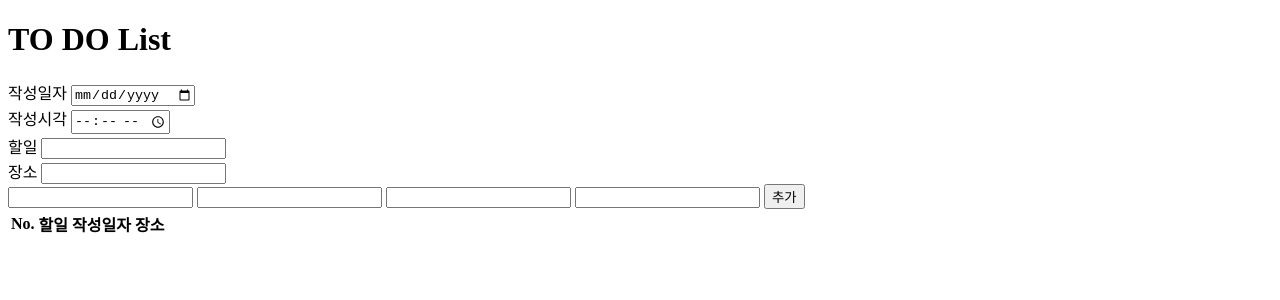
Repository: soyeon-noh/TodoList_Project
Page: http://localhost/Server_PR_TodoList/
An editor plug-in stored every save of this project. The page is shown before and after the next save, followed by the edit.
The browser window is 1280 px wide. The pictures show the whole page.
The page is served by Tomcat 9. Other server files are loaded and not shown. Queries for data that is not in the repository find no rows.

Above is the page before, as saved 2021-05-24 04:09:35.

### Server_PR_TodoList/src/main/webapp/WEB-INF/views/home.jsp
<%@ page language="java" contentType="text/html; charset=UTF-8"
    pageEncoding="UTF-8"%>
<%@ taglib uri="http://java.sun.com/jsp/jstl/core"
			prefix="c"%>
<c:set value="${pageContext.request.contextPath}"
		var="rootPath"/>
<!DOCTYPE html>
<html>
<head>
<meta charset="UTF-8">
<title>Insert title here</title>
</head>
  <body>
    <h1>TO DO List</h1>
    <form>
    	<div>
    		<label for="date">작성일자</label>
    		<input name="td_date"
    				type="date" value="${TD.td_date}">
    	</div>

    	<div>
    		<label for="time">작성시각</label>
    		<input name="td_time"
    				type="time" value="${TD.td_time}">
    	</div>

    	<div>
    		<label for="todo">할일</label>
    		<input name="td_todo"
    				type="text" value="${TD.td_todo}">
    	</div>

    	<div>
    		<label for="place">장소</label>
    		<input name="td_place"
    				type="text" value="${TD.td_place}">
    	</div>

      <input name="date" />
      <input name="time" />
      <input name="todo" />
      <input name="place" />
    <button>추가</button>
    </form>
    <table id="tdlist">
      <tr>
        <th>No.</th>
        <th>할일</th>
        <th>작성일자</th>
        <th>장소</th>
      </tr>
      <c:forEach items="${TDLIST}" var="TD">
        <tr>
          <td>${TD.td_seq}"</td>
          <td>${TD.td_todo}"</td>
          <td>${TD.td_date}"</td>
          <td>${TD.td_place}"</td>
        </tr>
      </c:forEach>
    </table>
  </body>
</html>

### Server_PR_TodoList/src/main/java/com/callor/todo/controller/HomeController.java
package com.callor.todo.controller;

import java.io.IOException;
import java.text.SimpleDateFormat;
import java.util.Date;
import java.util.List;

import javax.servlet.ServletException;
import javax.servlet.annotation.WebServlet;
import javax.servlet.http.HttpServlet;
import javax.servlet.http.HttpServletRequest;
import javax.servlet.http.HttpServletResponse;

import com.callor.todo.model.TodoListVO;
import com.callor.todo.service.TodoService;
import com.callor.todo.service.impl.TodoServiceImplV1;

@WebServlet("/")
public class HomeController extends HttpServlet{

	protected TodoService tdService;
	public HomeController() {
		tdService = new TodoServiceImplV1();
	}
	@Override
	protected void doGet(HttpServletRequest req, HttpServletResponse resp) throws ServletException, IOException {

		List<TodoListVO> tdList = tdService.selectAll();
		req.setAttribute("TDLIST", tdList);
		RequestController.reqController(req, resp, "home");


		TodoListVO tdVO = new TodoListVO();

		// SimpleDateFormat : 날짜 및 시간을 형식화하고 구문 분석하는 메소드 제공
		SimpleDateFormat sd = new SimpleDateFormat("yyyy-MM-dd");
		SimpleDateFormat st = new SimpleDateFormat("HH:mm:ss");

		// 현재시간을 저장
		Date date = new Date(System.currentTimeMillis());

		// 현재 시간을 변환해 VO에 넣어준다
		tdVO.setTd_seq(0L);
		tdVO.setTd_date(sd.format(date));
		tdVO.setTd_time(st.format(date));


	}



}

### Server_PR_TodoList/src/main/java/com/callor/todo/service/impl/TodoServiceImplV1.java
package com.callor.todo.service.impl;

import java.sql.Connection;
import java.sql.PreparedStatement;
import java.sql.ResultSet;
import java.sql.SQLException;
import java.util.ArrayList;
import java.util.List;

import com.callor.todo.config.DbInfo;
import com.callor.todo.config.MySQLConnection;
import com.callor.todo.model.TodoListVO;
import com.callor.todo.service.TodoService;

public class TodoServiceImplV1 implements TodoService{

	// 먼저 db와 연결
	protected Connection dbConn;

	public TodoServiceImplV1() {
		dbConn = MySQLConnection.getDBConnection();
	}


	protected List<TodoListVO> select(PreparedStatement pStr) throws SQLException{
		// TODO DB로부터 데이터를 받아와 List에 저장
		List<TodoListVO> tdList = new ArrayList<TodoListVO>();

		ResultSet rSet = pStr.executeQuery();
		while(rSet.next()) {
			TodoListVO tdVO = new TodoListVO();
			tdVO.setTd_seq(rSet.getLong(DbInfo.td_seq));
			tdVO.setTd_date(rSet.getString(DbInfo.td_date));
			tdVO.setTd_time(rSet.getString(DbInfo.td_time));
			tdVO.setTd_todo(rSet.getString(DbInfo.td_todo));
			tdVO.setTd_place(rSet.getString(DbInfo.td_place));
		}

		// 데이터 확인
		System.out.println("select : " + tdList.toString());
		return tdList;
	}

	@Override
	public List<TodoListVO> selectAll() {
		// TODO List 전체 데이터 조회

		String sql = " SELECT * FROM tbl_todo_list ";
		sql += " ORDER BY td_date DESC, td_time DESC ";

		PreparedStatement pStr = null;

		try {
			pStr = dbConn.prepareStatement(sql);
			List<TodoListVO> tdList = this.select(pStr);
			pStr.close();

			System.out.println(tdList.toString());
			return tdList;
		} catch (SQLException e) {
			// TODO Auto-generated catch block
			e.printStackTrace();
		}
		return null;
	}

	@Override
	public TodoListVO findById(Long seq) {
		// TODO 일련번호로 조회
		return null;
	}

	@Override
	public List<TodoListVO> findByDate(String td_date) {
		// TODO 날짜로 조회
		String sql = " SELECT * FROM tbl_todo_list ";
		sql += " WHERE td_date = ? ";

		PreparedStatement pStr = null;




		return null;
	}

	@Override
	public List<TodoListVO> findByTodo(String td_todo) {
		// TODO 할일내용으로 조회
		return null;
	}

	@Override
	public List<TodoListVO> findByPlace(String td_place) {
		// TODO 장소로 조회
		return null;
	}

	@Override
	public Integer insert(TodoListVO tdVO) {
		// TODO 데이터 추가

		String sql = " INSERT INTO tbl_todo_list ";
		sql += " ( ";
		sql += " td_date ";
		sql += " td_time ";
		sql += " td_todo ";
		sql += " td_place) ";
		sql += " VALUES( ?,?,?,? ) ";

		// SQL 구문을 실행시키는 객체
		PreparedStatement pStr = null;

		try {
			pStr = dbConn.prepareStatement(sql);
			pStr.setString(1, tdVO.getTd_date());
			pStr.setString(2, tdVO.getTd_time());
			pStr.setString(3, tdVO.getTd_todo());
			pStr.setString(4, tdVO.getTd_place());
			return pStr.executeUpdate();

		} catch (SQLException e) {
			// TODO Auto-generated catch block
			e.printStackTrace();
		}
		return null;
	}

	@Override
	public Integer update(TodoListVO tdVO) {
		// TODO 데이터 업데이트
		String sql = " UPDATE tbl_todo_list SET ";
		sql += " td_date = ?, ";
		sql += " td_time = ?, ";
		sql += " td_todo = ?, ";
		sql += " td_place = ? ";

		sql += " WHERE td_seq = ? ";

		PreparedStatement pStr = null;

		try {
			pStr = dbConn.prepareStatement(sql);
			pStr.setString(1, tdVO.getTd_date());
			pStr.setString(2, tdVO.getTd_time());
			pStr.setString(3, tdVO.getTd_todo());
			pStr.setString(4, tdVO.getTd_place());

			pStr.setLong(5, tdVO.getTd_seq());
			return pStr.executeUpdate();

		} catch (SQLException e) {
			// TODO Auto-generated catch block
			e.printStackTrace();
		}

		return null;
	}

	@Override
	public Integer delete(Long seq) {
		// TODO 데이터 삭제

		String sql = " DELETE FROM tbl_todo_list ";
		sql += "WHERE td_seq = ?";

		PreparedStatement pStr = null;

		try {
			pStr = dbConn.prepareStatement(sql);
			pStr.setLong(1, seq);
			return pStr.executeUpdate();

		} catch (SQLException e) {
			// TODO Auto-generated catch block
			e.printStackTrace();
		}
		return null;
	}
}

### Server_PR_TodoList/src/main/java/com/callor/todo/config/MySQLConnection.java
package com.callor.todo.config;

import java.sql.Connection;
import java.sql.DriverManager;
import java.sql.SQLException;

public class MySQLConnection {

	private static Connection dbConn;

	static {

		String jdbcDriver = "com.mysql.cj.jdbc.Driver";
		String url = "jdbc:mysql://localhost:3306/todolist";
		String username = "tdUser";
		String password = "12345";

		try {
			Class.forName(jdbcDriver);
			if(dbConn == null) {
				dbConn = DriverManager.getConnection(url, username, password);
			}
			System.out.println("MySQL 접속 성공!!");
		} catch (ClassNotFoundException e) {
			System.out.println("MySQL Driver 를 찾을 수 없음");
		} catch (SQLException e) {
			System.out.println("MySQL DBMS 연결 실패");
		}
	}

	public static Connection getDBConnection() {
		return dbConn;
	}

}

### Server_PR_TodoList/src/main/java/com/callor/todo/controller/RequestController.java
package com.callor.todo.controller;

import java.io.IOException;

import javax.servlet.ServletException;
import javax.servlet.http.HttpServlet;
import javax.servlet.http.HttpServletRequest;
import javax.servlet.http.HttpServletResponse;

public class RequestController extends HttpServlet{

	public static void reqController (HttpServletRequest req,
			HttpServletResponse resp, String file) throws ServletException, IOException {

		String root = "/WEB-INF/views/" + file + ".jsp";

		req.getRequestDispatcher(root)
		.forward(req, resp);


	}

}

### Server_PR_TodoList/src/main/java/com/callor/todo/model/TodoListVO.java
package com.callor.todo.model;

import lombok.AllArgsConstructor;
import lombok.Getter;
import lombok.NoArgsConstructor;
import lombok.Setter;
import lombok.ToString;

@Getter
@Setter
@ToString
@NoArgsConstructor
@AllArgsConstructor
public class TodoListVO {

	private Long td_seq;	//BIGINT
    private String td_date;	//VARCHAR(20)
    private String td_time;	//VARCHAR(20)
	private String td_todo;	//VARCHAR(200)
    private String td_place;	//VARCHAR(125)
}

After the next save:
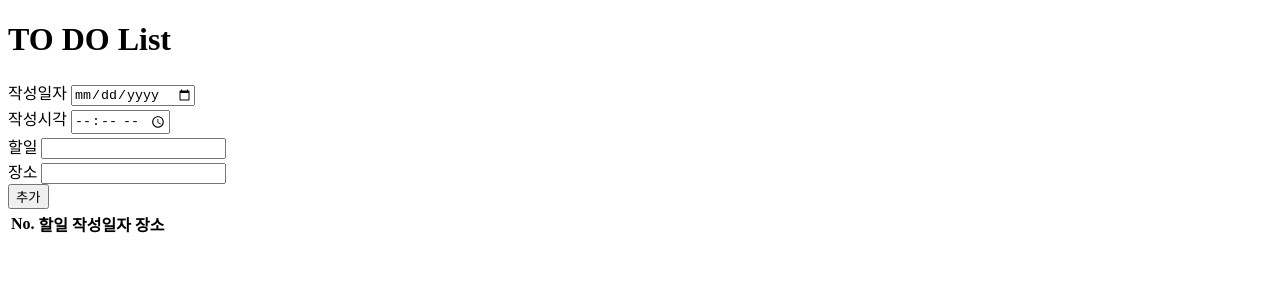
Saved 25 s later.
--- a/Server_PR_TodoList/src/main/webapp/WEB-INF/views/home.jsp
+++ b/Server_PR_TodoList/src/main/webapp/WEB-INF/views/home.jsp
@@ -37,10 +37,6 @@
     				type="text" value="${TD.td_place}">
     	</div>
 
-      <input name="date" />
-      <input name="time" />
-      <input name="todo" />
-      <input name="place" />
     <button>추가</button>
     </form>
     <table id="tdlist">
